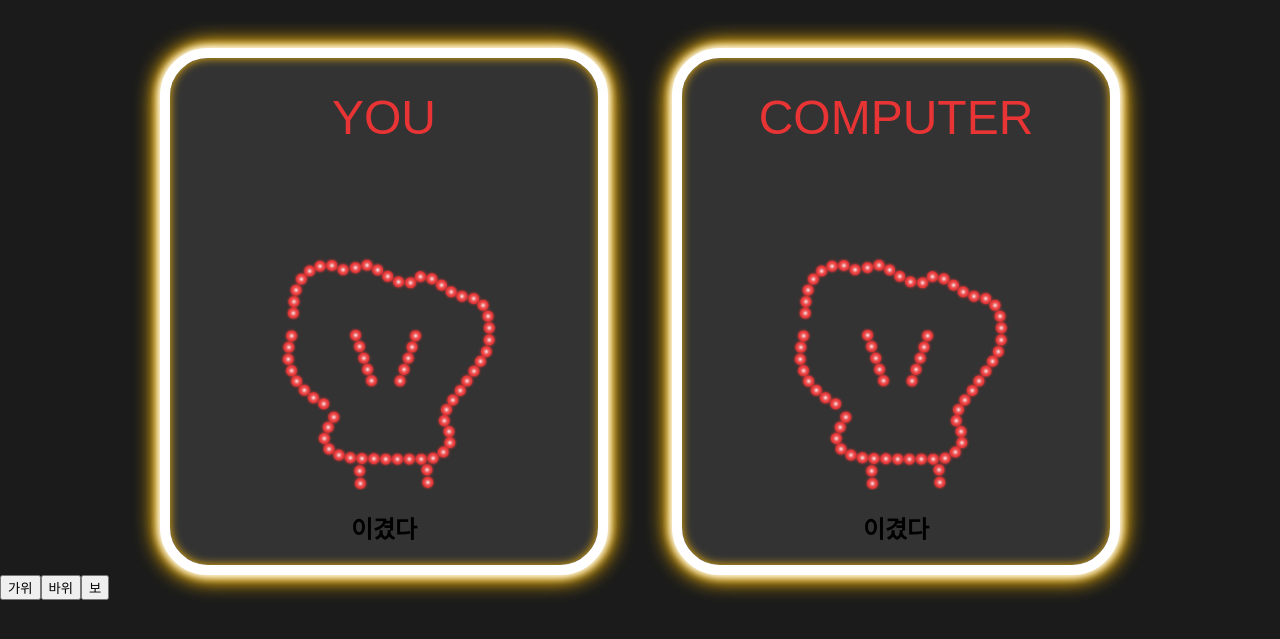
Repository: KIMMIHYE12/classComponent
Page: /
The author's editor kept a copy of each file at every save. The page is drawn from the files as they stood at one save, then again after the next save.
The browser window is 1280 px wide. The pictures show the whole page.
Some web fonts or font styles are not loaded; a fallback is used. The project was rebuilt for these pictures with package versions that can differ from the ones it lists, and the page was loaded fresh each time.

Above is the page before, as saved 2024-03-18 21:18:41.

After the next save:
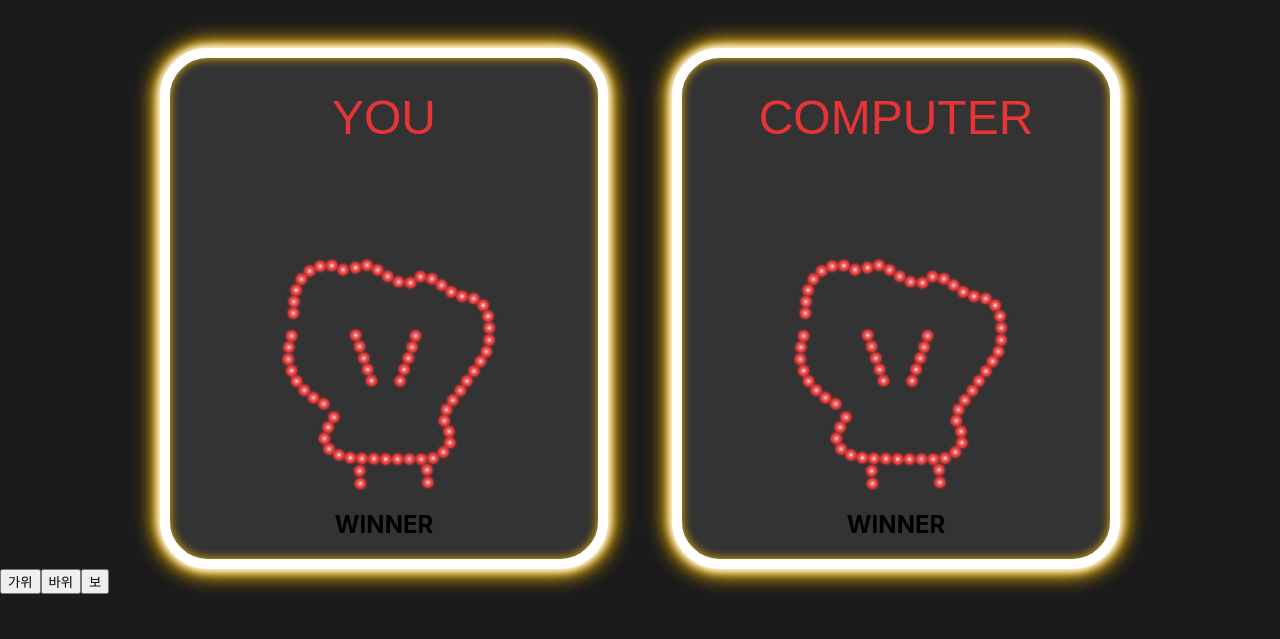
Saved 21 s later.
--- a/src/component/Box.js
+++ b/src/component/Box.js
@@ -6,7 +6,7 @@ export const Box = (props) => {
     <div className='box'>
       <h1>{props.title}</h1>
       <img src='/images/rock.png' />
-      <h2>이겼다</h2>
+      <h2>WINNER</h2>
     </div>
   );
 };
